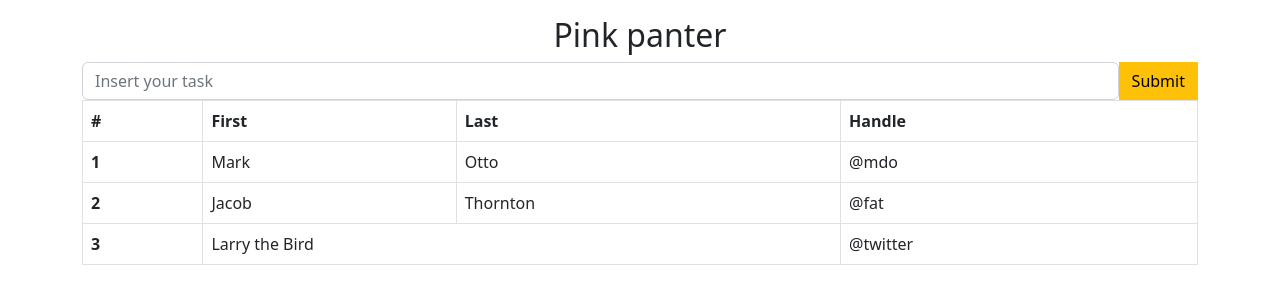
Repository: Wladomax/todo-vue
Page: /
An editor plug-in stored every save of this project. The page is shown before and after the next save, followed by the edit.
The browser window is 1280 px wide. The pictures show the whole page.
The project was rebuilt for these pictures with package versions that can differ from the ones it lists, and the page was loaded fresh each time. Also part of the build but not shown: vue.config.js.

Above is the page before, as saved 2023-01-01 11:38:52.

### src/main.js
import { createApp } from "vue";
import App from "./App.vue";
import "bootstrap/dist/css/bootstrap.min.css";

createApp(App).mount("#app");

### src/App.vue
<template>
  <div>
    <ToDo></ToDo>
  </div>
</template>

<script>
import ToDo from "./components/ToDo.vue";

export default {
  name: "App",
  components: {
    ToDo,
  },
};
</script>

<style></style>

### src/components/ToDo.vue
<template>
  <div class="container">
    <h2 class="text-center mt-3">Pink panter</h2>

    <!-- input -->
    <div class="d-flex">
      <input type="text" placeholder="Insert your task" class="form-control" />
      <button class="btn btn-warning rounded-0">Submit</button>
    </div>

    <!-- Table-->
    <table class="table table-bordered">
      <thead>
        <tr>
          <th scope="col">#</th>
          <th scope="col">First</th>
          <th scope="col">Last</th>
          <th scope="col">Handle</th>
        </tr>
      </thead>
      <tbody>
        <tr>
          <th scope="row">1</th>
          <td>Mark</td>
          <td>Otto</td>
          <td>@mdo</td>
        </tr>
        <tr>
          <th scope="row">2</th>
          <td>Jacob</td>
          <td>Thornton</td>
          <td>@fat</td>
        </tr>
        <tr>
          <th scope="row">3</th>
          <td colspan="2">Larry the Bird</td>
          <td>@twitter</td>
        </tr>
      </tbody>
    </table>
  </div>
</template>

<script>
export default {
  name: "ToDo",
  props: {
    msg: String,
  },
};
</script>

<style scoped></style>

Loaded but not shown: public/index.html (common file)

After the next save:
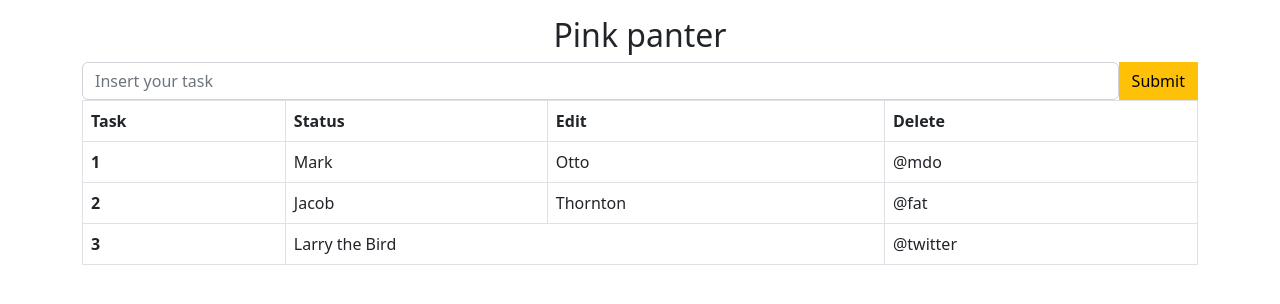
Saved 2 min 59 s later.
--- a/src/components/ToDo.vue
+++ b/src/components/ToDo.vue
@@ -12,10 +12,10 @@
     <table class="table table-bordered">
       <thead>
         <tr>
-          <th scope="col">#</th>
-          <th scope="col">First</th>
-          <th scope="col">Last</th>
-          <th scope="col">Handle</th>
+          <th scope="col">Task</th>
+          <th scope="col">Status</th>
+          <th scope="col">Edit</th>
+          <th scope="col">Delete</th>
         </tr>
       </thead>
       <tbody>
